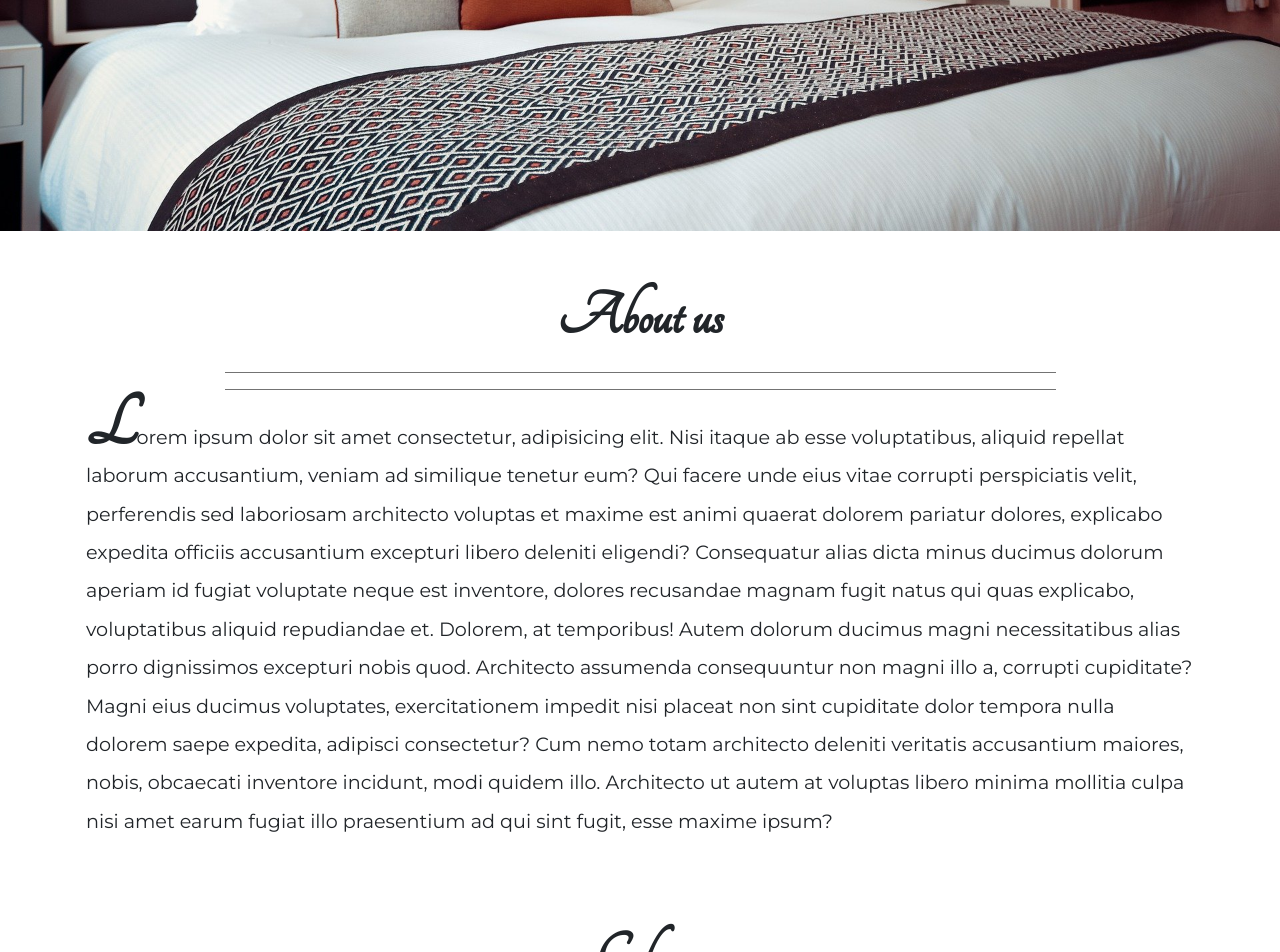
Repository: Ulaa93/Hotel-Zanzibar
Page: index.html
The author's editor kept a copy of each file at every save. The page is drawn from the files as they stood at one save, then again after the next save.
The browser window is 1280 px wide. The pictures show the part of the page from y = 569 to 1521 px (the page is 3072 px tall before and 3040 px after).
A picture or video elsewhere on the page could not be fetched, so the positions and the page height are approximate.

Above is the page before, as saved 2020-01-28 11:11:17.

### index.html
<!DOCTYPE html>
<html lang="en">
  <head>
    <meta charset="UTF-8" />
    <meta name="viewport" content="width=device-width, initial-scale=1.0" />
    <meta http-equiv="X-UA-Compatible" content="ie=edge" />
    <title>Hotel Zanzibar</title>
    <link rel="icon" href="./ikona.ico" />
    <link
      href="https://fonts.googleapis.com/css?family=Montserrat|Tangerine&display=swap"
      rel="stylesheet"
    />
    <link href="./fontawesome-free-5.12.0-web/css/all.css" rel="stylesheet" />
    <link
      rel="stylesheet"
      href="https://stackpath.bootstrapcdn.com/bootstrap/4.4.1/css/bootstrap.min.css"
      integrity="sha384-Vkoo8x4CGsO3+Hhxv8T/Q5PaXtkKtu6ug5TOeNV6gBiFeWPGFN9MuhOf23Q9Ifjh"
      crossorigin="anonymous"
    />
    <link rel="stylesheet" href="style.css" />
    <script src="https://unpkg.com/scrollreveal"></script>

  </head>
  <body>
    <nav class="navbar sticky-top navbar-expand-lg navbar-dark">
      <a class="navbar-brand hotel-zanzibar" href="./index.html"
        >Hotel Zanzibar</a
      >
      <button
        class="navbar-toggler"
        type="button"
        data-toggle="collapse"
        data-target="#navbarNavDropdown"
        aria-controls="navbarNavDropdown"
        aria-expanded="false"
        aria-label="Toggle navigation"
      >
        <span class="navbar-toggler-icon"></span>
      </button>
      <div
        class="collapse navbar-collapse w-100 order-3 dual-collapse2"
        id="navbarNavDropdown"
      >
        <ul class="navbar-nav ml-auto">
          <li class="nav-item ">
            <a class="nav-link" href="./about-us.html">About us </a>
          </li>
          <li class="nav-item">
            <a class="nav-link" href="./galery.html">Galery</a>
          </li>
          <li class="nav-item">
            <a class="nav-link" href="./events.html">Events</a>
          </li>
          <li class="nav-item">
            <a class="nav-link" href="./reservation.html">Reservation</a>
          </li>
          <li class="nav-item">
            <a class="nav-link" href="./contact.html">Contact</a>
          </li>
        </ul>
      </div>
    </nav>

    <section class="hotel-main">
      <div class="welcome">
        <span>Welcome in</span>
        <h1>Hotel Zanzibar</h1>
      </div>
    </section>
    <section class="hotel-about container p-3">
      <h2>About us</h2>
      <hr />
      <hr />
      <div></div>
      <p>
        Lorem ipsum dolor sit amet consectetur, adipisicing elit. Nisi itaque ab
        esse voluptatibus, aliquid repellat laborum accusantium, veniam ad
        similique tenetur eum? Qui facere unde eius vitae corrupti perspiciatis
        velit, perferendis sed laboriosam architecto voluptas et maxime est
        animi quaerat dolorem pariatur dolores, explicabo expedita officiis
        accusantium excepturi libero deleniti eligendi? Consequatur alias dicta
        minus ducimus dolorum aperiam id fugiat voluptate neque est inventore,
        dolores recusandae magnam fugit natus qui quas explicabo, voluptatibus
        aliquid repudiandae et. Dolorem, at temporibus! Autem dolorum ducimus
        magni necessitatibus alias porro dignissimos excepturi nobis quod.
        Architecto assumenda consequuntur non magni illo a, corrupti cupiditate?
        Magni eius ducimus voluptates, exercitationem impedit nisi placeat non
        sint cupiditate dolor tempora nulla dolorem saepe expedita, adipisci
        consectetur? Cum nemo totam architecto deleniti veritatis accusantium
        maiores, nobis, obcaecati inventore incidunt, modi quidem illo.
        Architecto ut autem at voluptas libero minima mollitia culpa nisi amet
        earum fugiat illo praesentium ad qui sint fugit, esse maxime ipsum?
      </p>
    </section>
    <section class="galery container p-5">
      <h2>Galery</h2>
      <hr />
      <hr />
      <div
        id="carouselExampleCaptions"
        class="carousel slide"
        data-ride="carousel"
      >
        <ol class="carousel-indicators">
          <li
            data-target="#carouselExampleCaptions"
            data-slide-to="0"
            class="active"
          ></li>
          <li data-target="#carouselExampleCaptions" data-slide-to="1"></li>
          <li data-target="#carouselExampleCaptions" data-slide-to="2"></li>
          <li data-target="#carouselExampleCaptions" data-slide-to="3"></li>
          <li data-target="#carouselExampleCaptions" data-slide-to="4"></li>
          <li data-target="#carouselExampleCaptions" data-slide-to="5"></li>
        </ol>
        <div class="carousel-inner">
          <div class="carousel-item active">
            <img
              src="./img/rooms/hotelroom-2205447_1280.jpg"
              class="d-block w-100"
            />
          </div>
          <div class="carousel-item">
            <img
              src="./img/rooms/bedroom-1285156_1280.jpg"
              class="d-block w-100"
            />
          </div>
          <div class="carousel-item">
            <img
              src="./img/rooms/hotel-1330841_1280.jpg"
              class="d-block w-100"
            />
          </div>
          <div class="carousel-item">
            <img
              src="./img/rooms/hotel-4416515_1920.jpg"
              class="d-block w-100"
            />
          </div>
          <div class="carousel-item">
            <img
              src="./img/rooms/hotel-1749602_1280.jpg"
              class="d-block w-100"
            />
          </div>
          <div class="carousel-item">
            <img
              src="./img/rooms/hotel-room-1447201_1920.jpg"
              class="d-block w-100"
            />
          </div>
        </div>
        <a
          class="carousel-control-prev"
          href="#carouselExampleCaptions"
          role="button"
          data-slide="prev"
        >
          <span class="carousel-control-prev-icon" aria-hidden="true"></span>
          <span class="sr-only">Previous</span>
        </a>
        <a
          class="carousel-control-next"
          href="#carouselExampleCaptions"
          role="button"
          data-slide="next"
        >
          <span class="carousel-control-next-icon" aria-hidden="true"></span>
          <span class="sr-only">Next</span>
        </a>
      </div>
    </section>

    <section class="container p-3 contact">
      <h2>Contact</h2>
      <hr />
      <hr />
      <div class="row">
        <div class="col-sm-6 ">
          <div class="card ">
            <div class="card-body">
              <div class="card-body">
                <i class="fas fa-phone"></i>
                phone: 012 345 678
              </div>
              <div class="card-body">
                <i class="fas fa-envelope"></i>
                mail: example@example.com
              </div>
              <div class="card-body">
                <i class="fas fa-map-marker-alt"></i>
                adress: example adress
              </div>
            </div>
          </div>
        </div>
        <div class="col-sm-6">
          <div class="card">
            <div class="card-body">
              <form>
                <div class="form-group">
                  <label for="nameInput">Name</label>
                  <input
                    type="text"
                    class="form-control"
                    id="nameInput"
                    placeholder="Name"
                  />
                </div>
                <div class="form-group">
                  <label for="emailInput">Email address</label>
                  <input
                    type="email"
                    class="form-control"
                    id="emailInput"
                    placeholder="name@example.com"
                  />
                </div>
                <div class="form-group">
                  <label for="messageInput">Message</label>
                  <textarea
                    class="form-control"
                    id="messageInput"
                    rows="3"
                  ></textarea>
                </div>
                <button type="submit" class="btn btn-primary">Submit</button>
              </form>
            </div>
          </div>
        </div>
      </div>
    </section>

    <footer>
      <div>Copyright &copy; Urszula Kosior 2020</div>
    </footer>

    <script
      src="https://code.jquery.com/jquery-3.4.1.slim.min.js"
      integrity="sha384-J6qa4849blE2+poT4WnyKhv5vZF5SrPo0iEjwBvKU7imGFAV0wwj1yYfoRSJoZ+n"
      crossorigin="anonymous"
    ></script>
    <script
      src="https://cdn.jsdelivr.net/npm/popper.js@1.16.0/dist/umd/popper.min.js"
      integrity="sha384-Q6E9RHvbIyZFJoft+2mJbHaEWldlvI9IOYy5n3zV9zzTtmI3UksdQRVvoxMfooAo"
      crossorigin="anonymous"
    ></script>
    <script
      src="https://stackpath.bootstrapcdn.com/bootstrap/4.4.1/js/bootstrap.min.js"
      integrity="sha384-wfSDF2E50Y2D1uUdj0O3uMBJnjuUD4Ih7YwaYd1iqfktj0Uod8GCExl3Og8ifwB6"
      crossorigin="anonymous"
    ></script>
    <script src="./script.js"></script>
  </body>
</html>

### style.css
* {
  padding: 0;
  margin: 0;
  font-family: 'Montserrat', sans-serif;
}

.navbar {
  height: 80px;
  background-color: rgba(124, 98, 98, 0.712);
}
/* .navbar a{
    color:black;
} */
.hotel-zanzibar {
  font-size: 3em;
  font-family: 'Tangerine', cursive;
}

.hotel-main {
  background-image: url(./img/rooms/hotel-room-1447201_1920.jpg);
  width: 100%;
  height: 100vh;
  background-size: cover;
  background-position: center;
  display: flex;
  flex-direction: column;
  /* justify-content: center; */
  /* align-items: flex-start; */
  padding: 200px 0;
  /* color: white; */
  /* line-height: 400%; */
  margin-bottom: 2em;
}

.welcome {
  background-color: rgba(255, 255, 255, 0.555);
  padding: 3em;
  text-align: center;
}
.welcome span {
  font-size: 3em;
  font-family: 'Tangerine', cursive;
}
.welcome h1 {
  font-size: 5em;
  font-family: 'Tangerine', cursive;
  font-weight: 600;
}

h2 {
  text-align: center;
  font-size: 4em;
  font-weight: 600;
  font-family: 'Tangerine', cursive;
}
section p {
  font-size: 1.2em;
  line-height: 2em;
}

section p::first-letter {
  font-size:4em;
  font-weight: 600;
  font-family: 'Tangerine', cursive;
}

hr {
margin:16px auto;
 width: 75%;
 background-color:gray;

}
/* .galery .carousel-inner {
  /* background-size: contain; */
  /* height: 55vh; */
  /* min-height: 400px; */
  /* overflow: hidden; */
  /* background-position: center; */


  .back i{
    font-size: 2em;
    margin: 0 0.2em;
    vertical-align: middle;

}
.back{
    font-size: 1.2em;
    vertical-align: middle;
position: absolute;
top:7em;
left:15em;
}
.back a{
    color: black;
    text-decoration: none;
}

footer{
 text-align: center;
 color: white;
  background-color: rgba(124, 98, 98, 0.712);
height: 80px;
line-height: 80px;
font-size: 1.2em;;
}


.contact .row{
  align-items: center;
}
.contact i{
  margin-right: 1em;
}

### script.js

const nodeArray = [
    document.querySelector('.hotel-main'),
    document.querySelector('.hotel-about'),
    document.querySelector('.galery'),
    document.querySelector('.contact')
];

ScrollReveal().reveal(nodeArray, {
  delay: 75,
  duration: 1000,
  reset: true
});

Loaded but not shown: fontawesome-free-5.12.0-web/css/all.css (library)

After the next save:
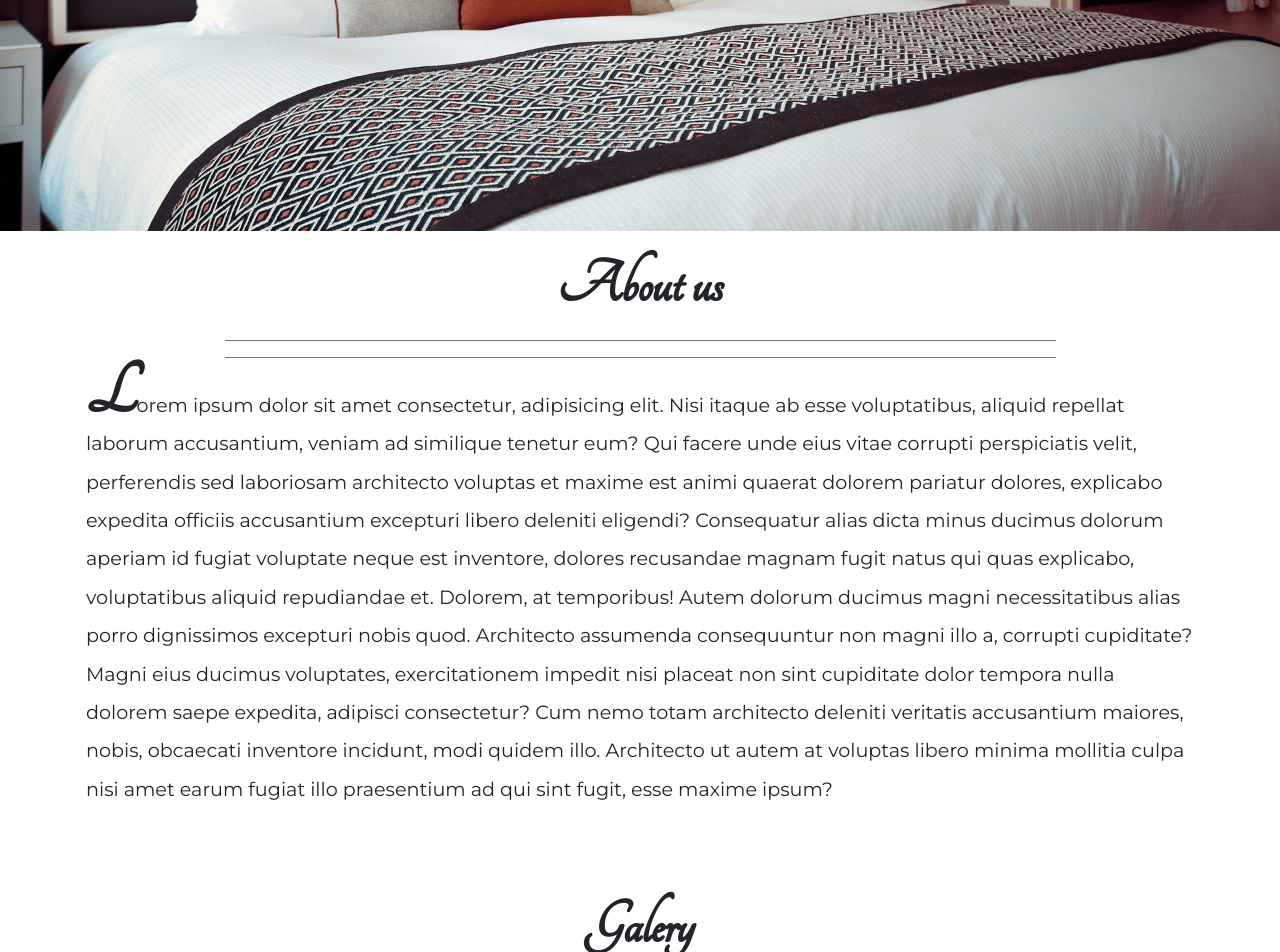
Saved 15 s later.
--- a/style.css
+++ b/style.css
@@ -29,7 +29,6 @@
   padding: 200px 0;
   /* color: white; */
   /* line-height: 400%; */
-  margin-bottom: 2em;
 }
 
 .welcome {
